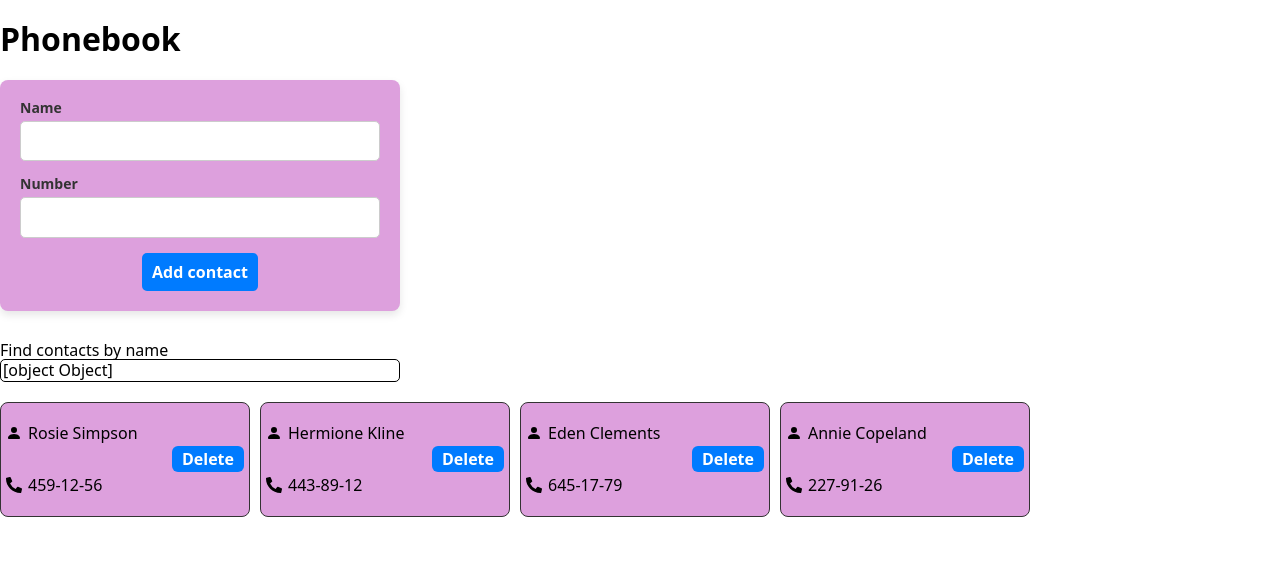
Repository: Evgeniya-Tishakova/goit-react-hw-03
Page: /
An editor plug-in stored every save of this project. The page is shown before and after the next save, followed by the edit.
The browser window is 1280 px wide. The pictures show the whole page.
The project was rebuilt for these pictures with package versions that can differ from the ones it lists, and the page was loaded fresh each time. Also part of the build but not shown: vite.config.js, src/index.css, src/components/App/App.module.css.

Above is the page before, as saved 2025-03-09 16:37:41.

### src/main.jsx
import { StrictMode } from "react";
import { createRoot } from "react-dom/client";
import "./index.css";
import App from "./components/App/App";
import "modern-normalize";

createRoot(document.getElementById("root")).render(
  <StrictMode>
    <App />
  </StrictMode>
);

### src/components/App/App.jsx
import { useState } from "react";
import { nanoid } from "nanoid";

import css from "./App.module.css";
import ContactForm from "../ContactForm/ContactForm";
import ContactList from "../ContactList/ContactList";
import SearchBox from "../SearchBox/SearchBox";

export default function App() {
  const [users, setUsers] = useState([
    { id: "id-1", name: "Rosie Simpson", number: "459-12-56" },
    { id: "id-2", name: "Hermione Kline", number: "443-89-12" },
    { id: "id-3", name: "Eden Clements", number: "645-17-79" },
    { id: "id-4", name: "Annie Copeland", number: "227-91-26" },
  ]);
  const [filterContacts, setFilterContacts] = useState("");

  const addUser = (newUser) => {
    setUsers((prevUsers) => {
      return [...prevUsers, newUser];
    });
  };

  const deleteUser = (userId) => {
    setUsers((prevUsers) => {
      return prevUsers.filter((user) => user.id !== userId);
    });
  };

  const searchUsers = users.filter((user) => user.name.toLowerCase());

  return (
    <>
      <div className={css.container}>
        <h1 className={css.title}>Phonebook</h1>
        <ContactForm onAdd={addUser} />
        <SearchBox value={filterContacts} onFilter={setFilterContacts} />
        <ContactList users={users} onDelete={deleteUser} />
      </div>
    </>
  );
}

### src/components/ContactForm/ContactForm.jsx
import { Formik, Form, Field, ErrorMessage } from "formik";
import css from "./ContactForm.module.css";
import * as Yup from "yup";
import { nanoid } from "nanoid";

const UserSchema = Yup.object().shape({
  name: Yup.string()
    .min(3, "Too Short!")
    .max(50, "Too Long!")
    .required("Required"),
  number: Yup.number()
    .min(3, "Too short")
    .max(50, "Too long")
    .required("Required"),
});

export default function ContactForm({ onAdd }) {
  const initialValues = {
    name: "",
    number: "",
  };

  const id = nanoid();

  const handleSubmit = (values, actions) => {
    console.log("handleSubmit", values);

    onAdd(values, id);
    actions.resetForm();
  };

  // const handleSubmit =(event) => {
  // event.preventDefault();
  //   onAdd({
  //     name: event.target.elements.name.value;
  //     number: event.target.elements.number.value;
  //   })
  // }

  return (
    <Formik
      initialValues={initialValues}
      onSubmit={handleSubmit}
      validation={UserSchema}
    >
      {(props) => (
        <Form className={css.form} onSubmit={props.handleSubmit}>
          <div className={css.container}>
            <label className={css.label}>Name</label>
            <Field className={css.input} type="text" id={id} name="name" />
            <ErrorMessage className={css.error} name="name" component="span" />
          </div>
          <div className={css.container}>
            <label className={css.label}>Number</label>
            <Field className={css.input} type="text" id={id} name="number" />
            <ErrorMessage
              className={css.error}
              name="number"
              component="span"
            />
          </div>

          <button className={css.button} type="submit">
            Add contact
          </button>
        </Form>
      )}
    </Formik>
  );
}

### src/components/ContactList/ContactList.jsx
import css from "./ContactList.module.css";
import Contact from "../Contact/Contact";

export default function ContactList({ users, onDelete }) {
  return (
    <ul className={css.list}>
      {users.map((user) => (
        <li key={user.id} className={css.item}>
          <Contact
            key={user.id}
            name={user.name}
            number={user.number}
            onDelete={onDelete}
          />
        </li>
      ))}
    </ul>
  );
}

### src/components/SearchBox/SearchBox.jsx
import css from "./SearchBox.module.css";

export default function Filter(value, onFilter) {
  return (
    <div className={css.container}>
      <p className={css.text}>Find contacts by name</p>
      <input
        className={css.input}
        type="text"
        value={value}
        onChange={(event) => onFilter(event.target.value)}
      />
    </div>
  );
}

### src/components/ContactForm/ContactForm.module.css
.form {
    display: flex;
    flex-direction: column;
    align-items: center;
    gap: 15px;
    background-color: plum;
    padding: 20px;
    border-radius: 8px;
    box-shadow: 0 4px 8px rgba(0, 0, 0, 0.1);
    max-width: 400px;
    margin-left: 0;
}

.form:hover {

    transform: scale(1.02);
}

.container {
    display: flex;
    flex-direction: column;
    width: 100%;
}


.label {
    font-size: 14px;
    font-weight: 600;
    color: #333;
    margin-bottom: 5px;
}

.input {
    width: 100%;
    padding: 10px;
    border: 1px solid #ccc;
    border-radius: 5px;
    font-size: 16px;
    transition: border 0.3s ease;
}

.input:focus {
    border-color: purple;
    outline: none;
}

.button {

    padding: 10px;
    background-color: #007bff;
    color: white;
    font-size: 16px;
    font-weight: bold;
    border: none;
    border-radius: 5px;
    cursor: pointer;
    transition: background 0.3s ease;
}

.button:hover {
    background-color: #007bff;
}

.button:active {
    background-color: #004494;
}


.error {
    font-size: 14px;
    color: orangered;
}

### src/components/ContactList/ContactList.module.css
.list {
    display: flex;
    flex-wrap: wrap;
    gap: 10px;
    padding: 0;
    margin-top: 20px;
    justify-content: flex-start;
    list-style: none;
}

.item {
    flex: 1 1 calc(33.333% - 10px);
    /* По 3 контакта в ряд */
    max-width: 250px;
    min-width: 200px;
}

### src/components/Contact/Contact.jsx
import css from "./Contact.module.css";
import { BsPersonFill } from "react-icons/bs";
import { FaPhoneAlt } from "react-icons/fa";

export default function Contact({ id, name, number, onDelete }) {
  return (
    <div className={css.contact}>
      <div className={css.container}>
        <p className={css.text}>
          <BsPersonFill className={css.icon} />
          {name}
        </p>
        <p className={css.text}>
          <FaPhoneAlt className={css.icon} />
          {number}
        </p>
      </div>

      <button className={css.button} onClick={() => onDelete(id)}>
        Delete
      </button>
    </div>
  );
}

### src/components/SearchBox/SearchBox.module.css
.input {
    width: 400px;
    border-radius: 5px;
    border: 1px solid black;
}

.text {
    margin-top: 30px;
    margin-bottom: 0;
}


.input:focus {
    border-color: purple;
    outline: none;
}

### src/components/Contact/Contact.module.css
.contact {
    display: flex;
    justify-content: space-between;
    align-items: center;
    padding: 5px;
    border: 1px solid #333;
    border-radius: 8px;
    background-color: plum;
    width: 100%;
    transition: background-color 0.3s ease-in-out, transform 0.2s ease-in-out;
}

.contact:hover {
    background-color: pink;
    transform: scale(1.02);
}


.container {
    display: flex;
    flex-direction: column;
    gap: 2px;
}

.text {
    display: flex;
    align-items: center;
    gap: 6px;
}


.button {
    padding: 4px 10px;
    background-color: #007bff;
    border: none;
    color: white;
    font-weight: bold;
    border-radius: 6px;
    cursor: pointer;
    transition: background 0.3s ease-in-out, transform 0.2s ease-in-out;
}

.button:hover {
    background-color: #007bff;
    transform: scale(1.05);
}

Loaded but not shown: index.html (common file)

After the next save:
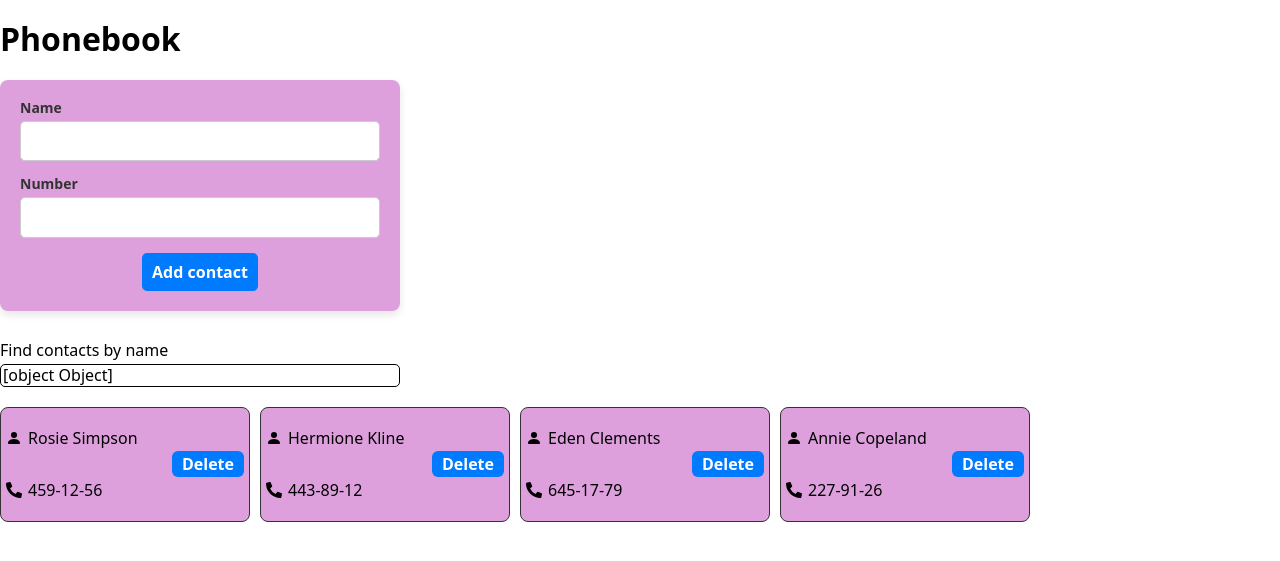
Saved 6 s later.
--- a/src/components/SearchBox/SearchBox.module.css
+++ b/src/components/SearchBox/SearchBox.module.css
@@ -6,7 +6,7 @@
 
 .text {
     margin-top: 30px;
-    margin-bottom: 0;
+    margin-bottom: 5px;
 }
 
 
